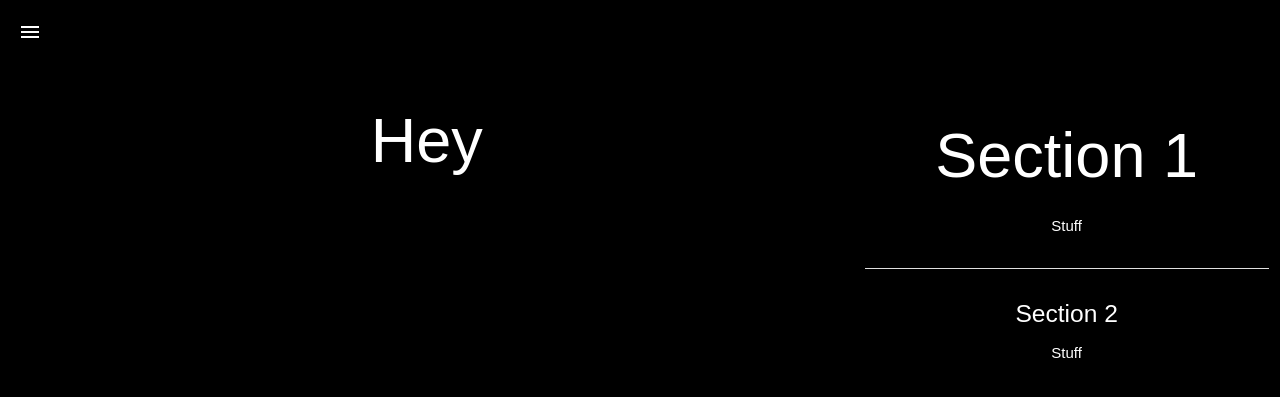
Repository: Ajtheult/final-project
Page: /cart
An editor plug-in stored every save of this project. The page is shown before and after the next save, followed by the edit.
The browser window is 1280 px wide. The pictures show the whole page.
Some web fonts or font styles are not loaded; a fallback is used. Some web libraries are served in a nearby version. The project was rebuilt for these pictures with package versions that can differ from the ones it lists, and the page was loaded fresh each time. Also part of the build but not shown: src/layout/pages/LandingPage.js, src/layout/pages/About.js, src/layout/pages/catalogue/Keys.js, src/layout/pages/catalogue/String.js, src/layout/pages/catalogue/Woodwind.js, src/layout/pages/catalogue/Percussion.js, src/layout/pages/login/Login.js, src/layout/pages/login/NewSignUp.js.

Above is the page before, as saved 2020-07-23 10:19:14.

After the next save:
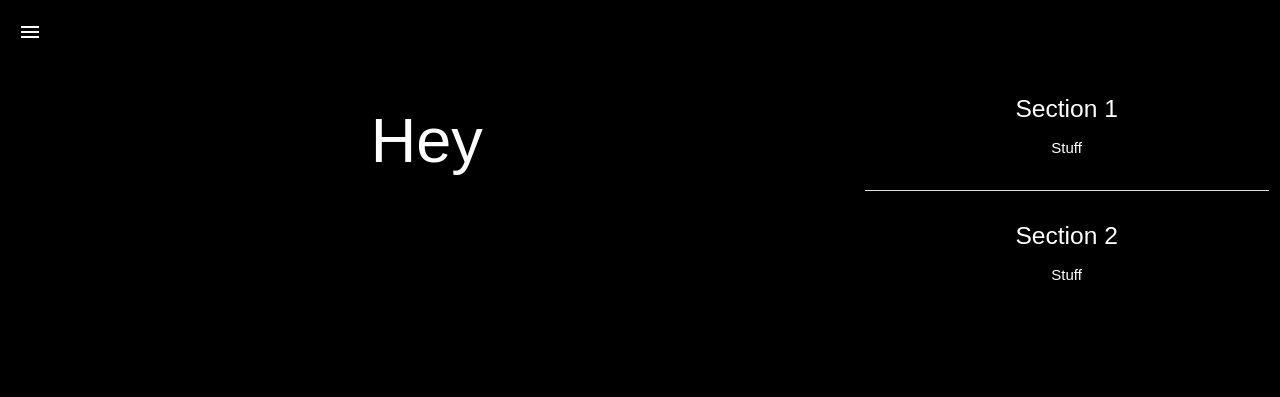
Saved 17 s later.
--- a/src/layout/pages/Cart.js
+++ b/src/layout/pages/Cart.js
@@ -10,7 +10,7 @@ const Cart = () => {
 
         <div class="col s4">
           <div class="section">
-            <h1>Section 1</h1>
+            <h5>Section 1</h5>
             <p>Stuff</p>
           </div>
           <div class="divider"></div>
